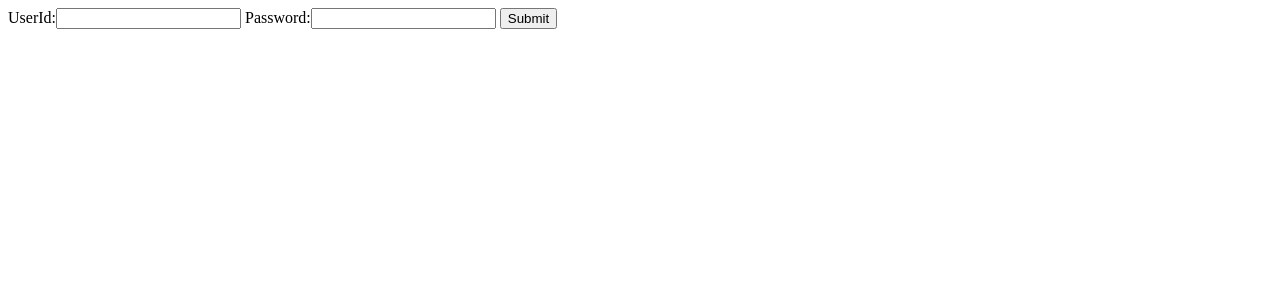
Repository: SurajPawar15-smart/JAVAProjects
Page: http://localhost/JBLoginApp/login.jsp
These files come from the project's save history. The page is drawn as it stood at one moment and after the next save; the edit follows.
The browser window is 1280 px wide. The pictures show the whole page.
The page is served by Tomcat 9.

Above is the page before, as saved 2020-10-01 05:45:38.

After the next save:
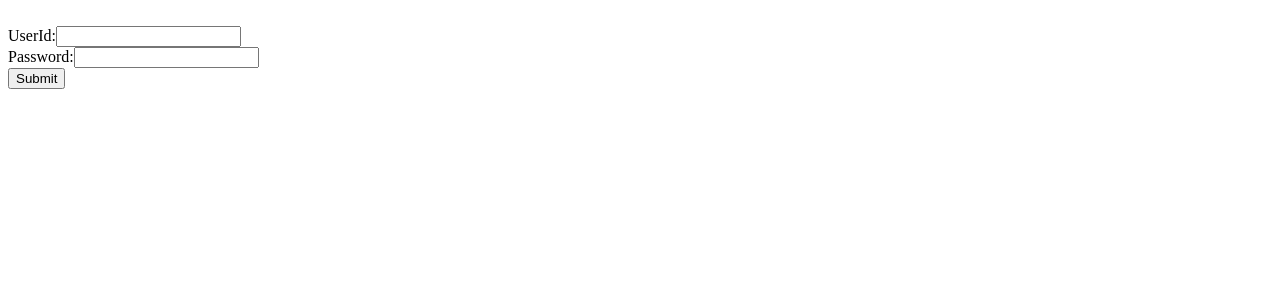
Saved 24 s later.
--- a/JBLoginApp/WebContent/login.jsp
+++ b/JBLoginApp/WebContent/login.jsp
@@ -8,9 +8,9 @@
 </head>
 <body>
 <form action="" method="post">
-UserId:<input type="text" name="userId" />
-Password:<input type="password" name="password" />
-<input type="submit" value="Submit">
+<br>UserId:<input type="text" name="userId" />
+<br>Password:<input type="password" name="password" />
+<br><input type="submit" value="Submit">
 </form>
 </body>
 </html>
